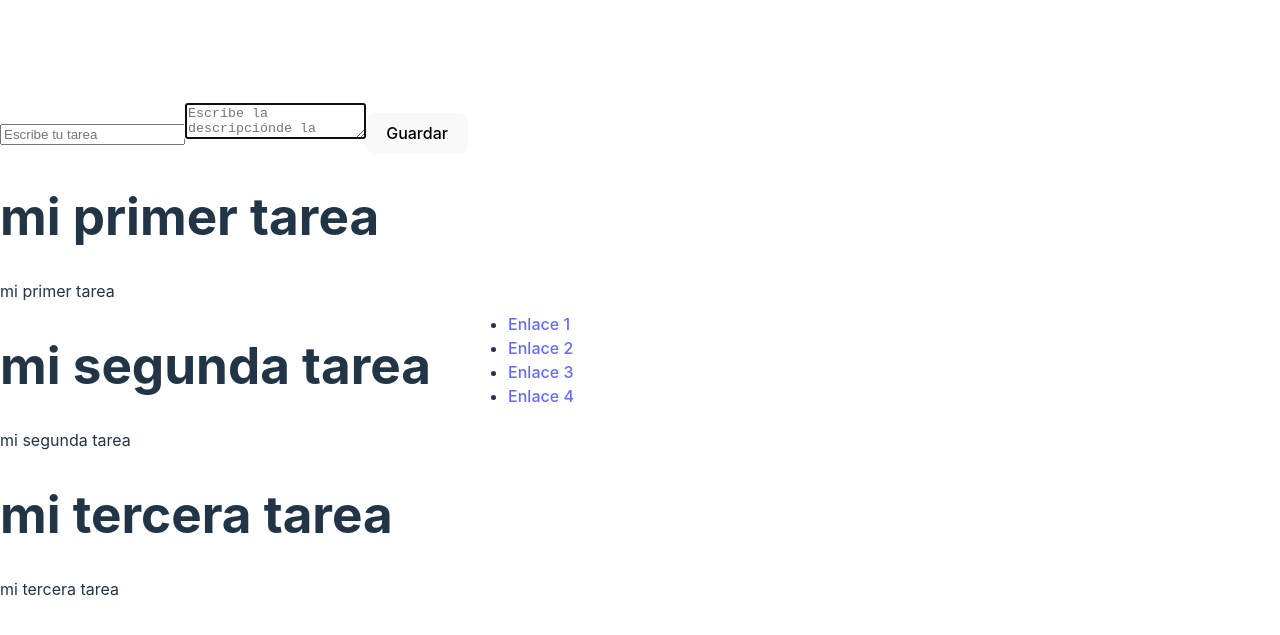
Repository: Ciromontes/AgendaTuTarea
Page: /
These files come from the project's save history. The page is drawn as it stood at one moment and after the next save; the edit follows.
The browser window is 1280 px wide. The pictures show the whole page.
The project was rebuilt for these pictures with package versions that can differ from the ones it lists, and the page was loaded fresh each time. Also part of the build but not shown: vite.config.js.

Above is the page before, as saved 2023-09-18 16:34:23.

After the next save:
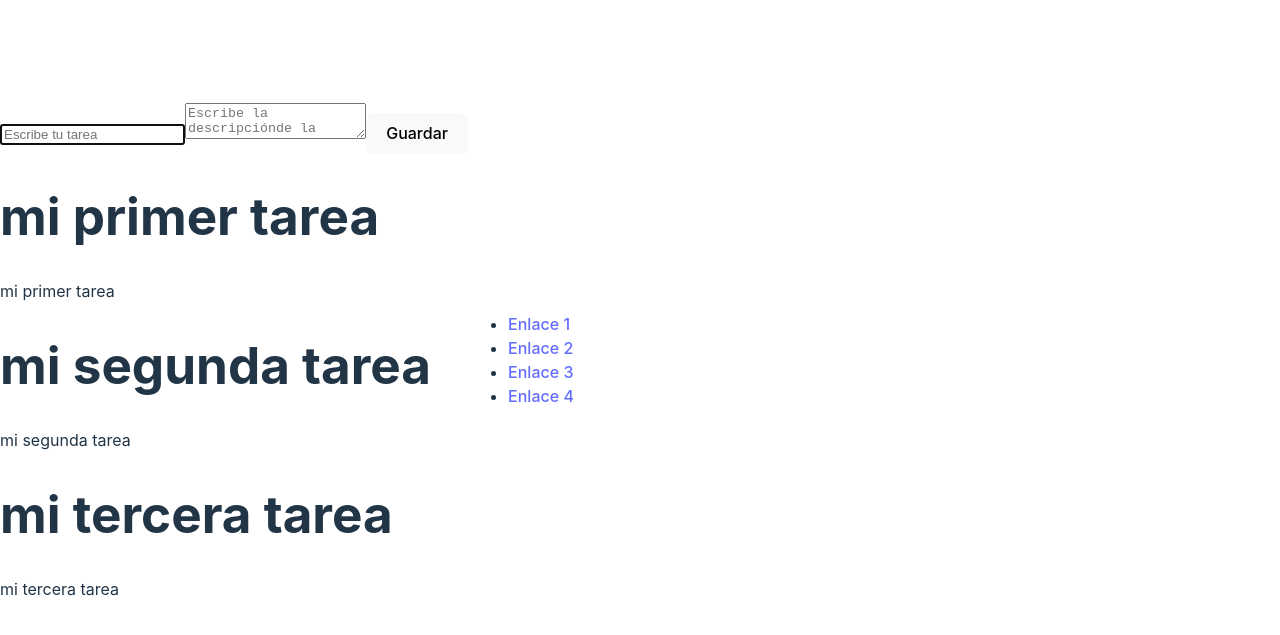
Saved 44 s later.
--- a/src/components/TaskForm.jsx
+++ b/src/components/TaskForm.jsx
@@ -27,7 +27,7 @@ function TaskForm({ createTask }) {
             <textarea placeholder="Escribe la descripciónde la tarea"
                 onChange={(e) => setDescription(e.target.value)}
                 value = {description}
-                autoFocus
+
             ></textarea>
 
             <button>
